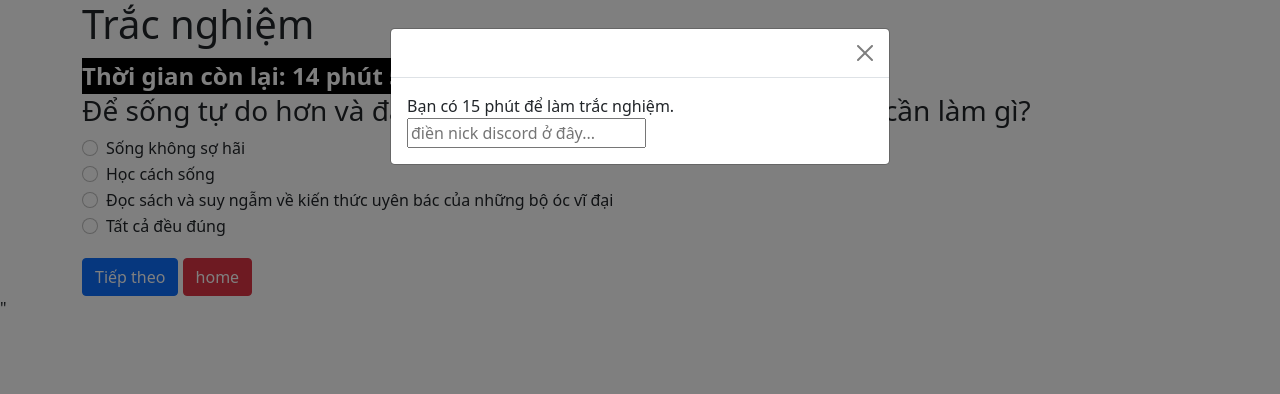
Repository: tran-thien-nhan/quiz_tlln
Page: daily_stoic_quiz.html
These files come from the project's save history. The page is drawn as it stood at one moment and after the next save; the edit follows.
The browser window is 1280 px wide. The pictures show the whole page.

Above is the page before, as saved 2023-06-25 20:53:58.

After the next save:
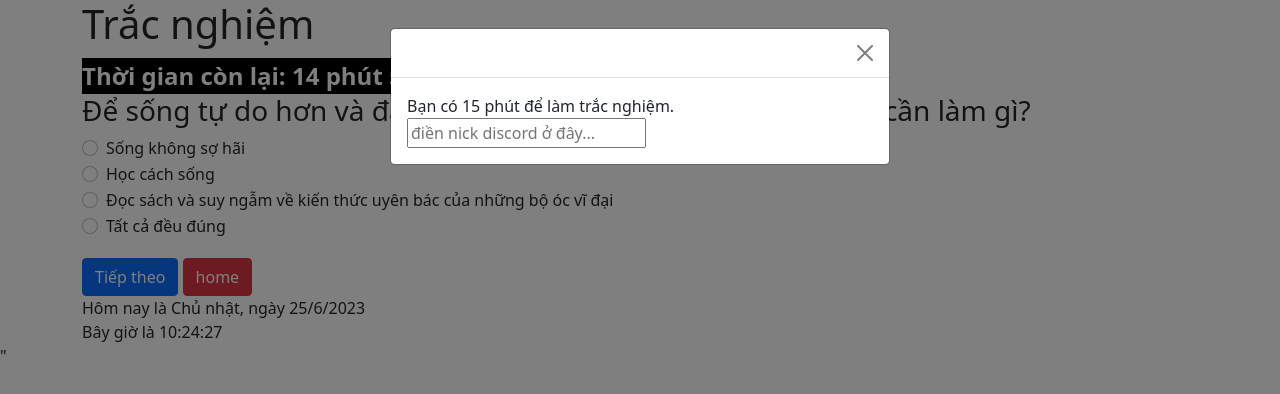
Saved 2 min 39 s later.
--- a/daily_stoic_quiz.html
+++ b/daily_stoic_quiz.html
@@ -44,6 +44,11 @@
         <button class="btn btn-primary" id="nextButton">Tiếp theo</button>
         <span id="score"></span>
         <a href="index.html" class="btn btn-danger" id="home">home</a>
+        <div>
+            <span id="date"></span><br>
+            <span id="time"></span>
+          </div>
+
     </div>
 
     <!-- Modal -->
@@ -240,6 +245,29 @@
             }
         });
 
+        // Hiển thị thứ mấy, ngày tháng năm hiện tại
+        const currentDate = new Date();
+        const days = ["Chủ nhật", "Thứ 2", "Thứ 3", "Thứ 4", "Thứ 5", "Thứ 6", "Thứ 7"];
+        const dayOfWeek = days[currentDate.getDay()];
+        const date = currentDate.getDate();
+        const month = currentDate.getMonth() + 1;
+        const year = currentDate.getFullYear();
+        document.getElementById("date").textContent = `Hôm nay là ${dayOfWeek}, ngày ${date}/${month}/${year}`;
+
+        // Hiển thị giờ hiện tại
+        function getCurrentTime() {
+            const currentDateTime = new Date();
+            const hours = currentDateTime.getHours();
+            const minutes = currentDateTime.getMinutes();
+            const seconds = currentDateTime.getSeconds();
+            const timeString = `${hours.toString().padStart(2, "0")}:${minutes.toString().padStart(2, "0")}:${seconds.toString().padStart(2, "0")}`;
+            document.getElementById("time").textContent = `Bây giờ là ${timeString}`;
+        }
+
+        // Cập nhật giờ hiện tại mỗi giây
+        setInterval(getCurrentTime, 1000);
+
+
     </script>
 </body>
 
